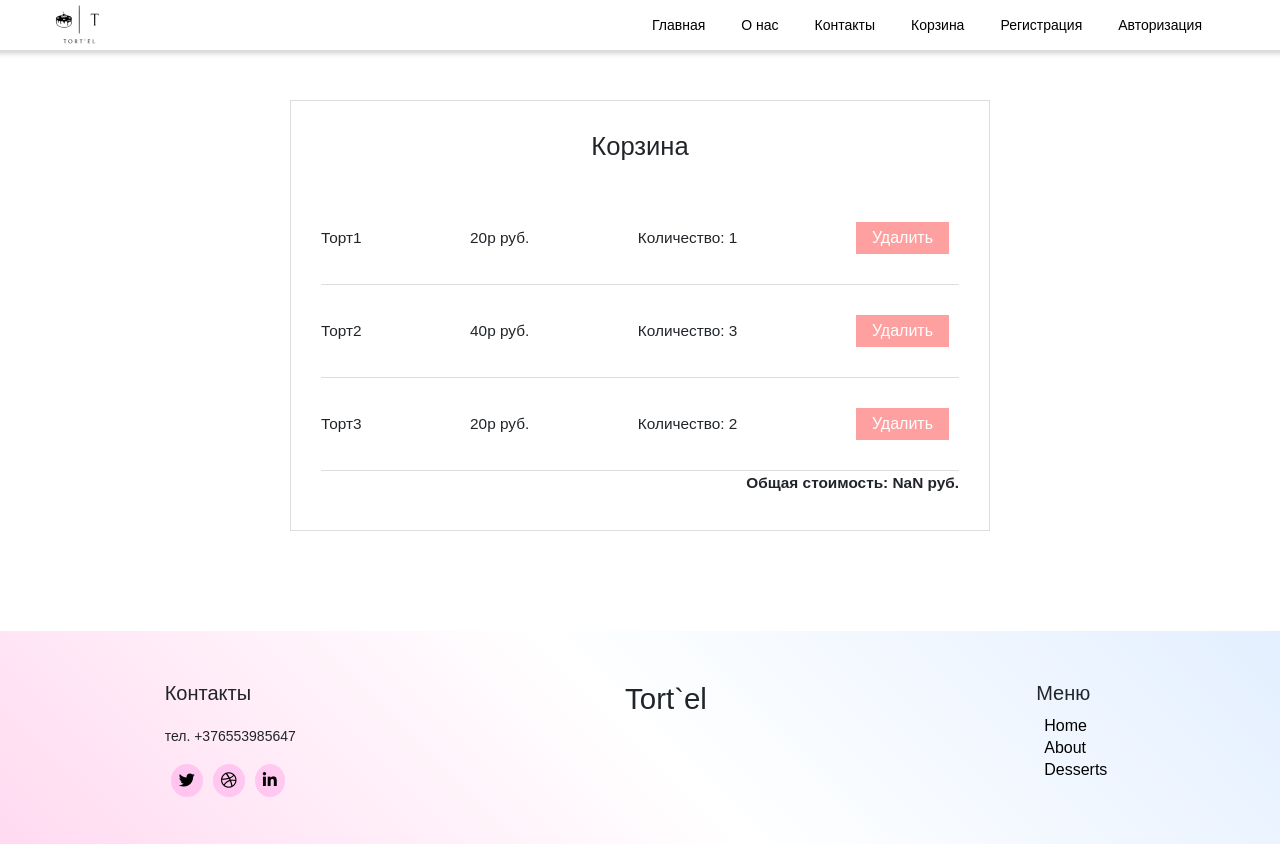
Repository: KseniaEryze/DiplomToday
Page: /basket
An editor plug-in stored every save of this project. The page is shown before and after the next save, followed by the edit.
The browser window is 1280 px wide. The pictures show the whole page.
The page's requests for data from a server got no answer. The project was rebuilt for these pictures with package versions that can differ from the ones it lists, and the page was loaded fresh each time. No one was signed in, and anything a server would have sent is missing. Also part of the build but not shown: src/App.css, src/components/Slider/Slider.jsx, src/pages/About/about.css, src/components/Galery/main.css, src/components/Galery/Gallery.jsx, src/pages/About/About.jsx, src/components/Categories/categories.css, src/components/Categories/Categories.jsx and 21 more.

Above is the page before, as saved 2024-09-10 15:50:59.

### public/index.html
<!DOCTYPE html>
<html lang="en">
  <head>
    <meta charset="utf-8" />
    <link rel="stylesheet" href="https://stackpath.bootstrapcdn.com/bootstrap/4.1.3/css/bootstrap.min.css" integrity="sha384-MCw98/SFnGE8fJT3GXwEOngsV7Zt27NXFoaoApmYm81iuXoPkFOJwJ8ERdknLPMO" crossorigin="anonymous">
    <link rel="stylesheet" href="https://cdnjs.cloudflare.com/ajax/libs/font-awesome/5.15.1/css/all.min.css" integrity="sha512-+4zCK9k+qNFUR5X+cKL9EIR+ZOhtIloNl9GIKS57V1MyNsYpYcUrUeQc9vNfzsWfV28IaLL3i96P9sdNyeRssA==" crossorigin="anonymous" />

    <link rel="icon" href="%PUBLIC_URL%/favicon.ico" />
    <meta name="viewport" content="width=device-width, initial-scale=1" />
    <meta name="theme-color" content="#000000" />
    <meta
      name="description"
      content="Web site created using create-react-app"
    />
    <link rel="apple-touch-icon" href="%PUBLIC_URL%/logo192.png" />
    <!--
      manifest.json provides metadata used when your web app is installed on a
      user's mobile device or desktop. See https://developers.google.com/web/fundamentals/web-app-manifest/
    -->
    <link rel="manifest" href="%PUBLIC_URL%/manifest.json" />
    <!--
      Notice the use of %PUBLIC_URL% in the tags above.
      It will be replaced with the URL of the `public` folder during the build.
      Only files inside the `public` folder can be referenced from the HTML.

      Unlike "/favicon.ico" or "favicon.ico", "%PUBLIC_URL%/favicon.ico" will
      work correctly both with client-side routing and a non-root public URL.
      Learn how to configure a non-root public URL by running `npm run build`.
    -->
    <title>React App</title>
  </head>
  <body>
    <noscript>You need to enable JavaScript to run this app.</noscript>
    <div id="root"></div>
    <!--
      This HTML file is a template.
      If you open it directly in the browser, you will see an empty page.

      You can add webfonts, meta tags, or analytics to this file.
      The build step will place the bundled scripts into the <body> tag.

      To begin the development, run `npm start` or `yarn start`.
      To create a production bundle, use `npm run build` or `yarn build`.
    -->
  </body>
</html>

### src/index.js
import React from 'react';
import ReactDOM from 'react-dom/client';
import './index.css';
import App from './App';
import {BrowserRouter, BrowserRouter as Router} from 'react-router-dom'
import { Provider } from 'react-redux';
import {store}  from 'store';
import './firebase';
import Footer from 'Footer/Footer';




const root = ReactDOM.createRoot(document.getElementById('root'));
root.render(
  <React.StrictMode>
   <BrowserRouter>
    <Provider store = {store}>

          <App />
          <Footer></Footer>

    </Provider>
   </BrowserRouter>
</React.StrictMode>


);

### src/index.css

html, body, div, span, applet, object, iframe,
h1, h2, h3, h4, h5, h6, blockquote, pre,
a, abbr, acronym, address, big, cite, code,
del, dfn, em, img, ins, kbd, q, s, samp,
small, strike, strong, sub, sup, tt, var,
b, u, i, center,
dl, dt, dd, ol, ul, li,
fieldset, form, label, legend,
table, caption, tbody, tfoot, thead, tr, th, td,
article, aside, canvas, details, embed,
figure, figcaption, header, hgroup,
menu, nav, output, ruby, summary,
time, mark, audio, video {
	margin: 0;
	padding: 0;
	border: 0;
	/* font-size: 100%;
	font: inherit; */
	vertical-align: baseline;
}
article, aside, details, figcaption, figure,
footer, header, hgroup, menu, nav, section {
	display: block;
}
html {
	height: 100%;
}
body {
	line-height: 1;
}
ol, ul {
	list-style: none;
}
blockquote, q {
	quotes: none;
}
blockquote:before, blockquote:after,
q:before, q:after {
	content: '';
	content: none;
}
table {
	border-collapse: collapse;
	border-spacing: 0;
}
body {
  margin: 0;
  font-family: -apple-system, BlinkMacSystemFont, 'Segoe UI', 'Roboto', 'Oxygen',
    'Ubuntu', 'Cantarell', 'Fira Sans', 'Droid Sans', 'Helvetica Neue',
    sans-serif;
  -webkit-font-smoothing: antialiased;
  -moz-osx-font-smoothing: grayscale;
}

code {
  font-family: source-code-pro, Menlo, Monaco, Consolas, 'Courier New',
    monospace;
}

h1{
  padding: 20px 0;
  font-size: 4vw;
}
h2 ,h3 ,h4{
  padding: 10px 0;
  font-size: 2vw;
}
h3{
    font-size: 2.3vw;
}
h4{
    font-size:20px
}
p{
	font-size: 1.2vw;
	line-height: 1.8vw;

}

button a{
	color: aliceblue;
}

*{
	font-family: "Philosopher", sans-serif;
	font-weight: 400;
	font-style: normal;
}

.pagination-container {
    margin: 3vw 3vw;
}

section{}
@import url('https://fonts.googleapis.com/css2?family=Philosopher:ital,wght@0,400;0,700;1,400;1,700&display=swap');

@media(max-width: 500px) {
	h1{
        font-size: 7vw;
    }
}

@media(max-width: 900px) {
	h1{
        font-size: 5vw;
    }
}

### src/App.js
import { Route, Routes} from 'react-router-dom';
import './App.css';
import About from './pages/About/About';
import Header from './Header/Header.jsx'
import Home from './pages/Home/Home';
import Registracion from './components/Authorization/Registracion';
import LoginPage from './components/Authorization/LoginPage';
import AdminMain from 'Admin/page/AdminMain';
import Contact from 'pages/Contact/Contact';
import Footer from 'Footer/Footer';
import Basket from 'pages/Basket/Basket';

function App() {
  return (
     <>
        <Header></Header>
          <Routes>
            <Route path = '/login' element = {<LoginPage/>}></Route>
            <Route path = '/register' element = {<Registracion/>}></Route>
            <Route path = '/contacts' element = {<Contact/>}></Route>
            <Route path = '/basket' element = {<Basket></Basket>}></Route>


            <Route path='/' element={<Home/>}></Route>
            <Route path = '/admin' element = {<AdminMain/>}></Route>
            <Route path='/about' element={<About/>}></Route>

            <Route path = '*' element = {<div>404 Not Found</div>}></Route>

          </Routes>


      </>


  );
}

export default App;

### src/store/index.js
import { configureStore } from "@reduxjs/toolkit";
import userReducer from '../store/slices/userSlice'
import cakeReducer from '../store/slices/cakeSlice'


export const store = configureStore({
    reducer: {
        user: userReducer,
        cake: cakeReducer
    }
});

### src/firebase.js
import {initializeApp} from 'firebase/app'

const firebaseConfig = {
    apiKey: process.env.REACT_APP_FIREBASE_API_KEY,
    authDomain: process.env.REACT_APP_FIREBASE_AUTH_DOMAIN,
    projectId: process.env.REACT_APP_FIREBASE_PROJECT_ID,
    storageBucket: process.env.REACT_APP_FIREBASE_STORAGE_BUSCKET,
    messagingSenderId: process.env.REACT_APP_FIREBASE_MESSAGING_SENGER_ID,
    appId: process.env.REACT_APP_FIREBASE_APP_ID
}

const app = initializeApp(firebaseConfig)

### src/Footer/Footer.jsx
import React from 'react'
import { Link } from 'react-router-dom'
import './footer.css'

function Footer() {
  return (

    <footer>
      <div className='footer'>
      <div> <h4>Контакты</h4>
        <div>
          <p>тел.   +376553985647</p>

          <ul class="social-icons">
            <li><a class="twitter" href="#"><i class="fab fa-twitter"></i></a></li>
            <li><a class="dribbble" href="#"><i class="fab fa-dribbble"></i></a></li>
            <li><a class="linkedin" href="#"><i class="fab fa-linkedin-in"></i></a></li>
          </ul>
        </div>
      </div>


      <div>
        <h3>Tort`el</h3>
      </div>
      <div>
        <h4>Меню</h4>
        <ul>
             <li>
                 <Link to="/">Home</Link>
             </li>
             <li>
               <Link to="/about">About</Link>
             </li>
             <li>
                 <Link to="/desserts">Desserts</Link>
             </li>

         </ul>

      </div>
       </div>
    </footer>

  )
}

export default Footer

### src/Header/Header.jsx
import React, { useState } from 'react'
import { Link } from 'react-router-dom'
import logo from './img/logoBlack.png'
import './header.css'
import menu from './img/hamburger.png'

function Header() {
  const [accountAuth, setAccountAuth] = useState(false)
  const [isOpen, setIsOpen] = useState()
  return (
    <div className='header'>

      <div className='logo'>
          <Link to="/"><img src={logo}/></Link>
      </div>

      <nav className={`header_nav ${isOpen ? `active` : ``}`}>
          <ul className='header_nav-list'>
             <li className='header_nav-item'>
                 <Link to="/">Главная</Link>
             </li>

             <li className='header_nav-item'>
               <Link to="/about">О нас</Link>
             </li>

             <li className='header_nav-item'>
               <Link to="/contacts">Контакты</Link>
             </li>
             <li className='header_nav-item'>
               <Link to="/basket">Корзина</Link>
             </li>
              <li className='header_nav-item wrapper-login'>
                <Link to="/register" accountAuth={accountAuth}>Регистрация</Link>
              </li>
              <li className='header_nav-item'>
                <Link to="/login"> Авторизация </Link>
              </li>
            </ul>
         </nav>
         <button className='header_menu-button' onClick={() => setIsOpen(!isOpen)}></button>
     </div>
   )
 }

 export default Header

### src/pages/Basket/Basket.jsx
import React from 'react';
import './main.css'

const Basket = ({  popap, handleRemoveItem }) => {

    const cartItems = [
        {id:1, name:'Торт1', price:'20р', quantity: 1},
        {id:2, name:'Торт2', price:'40р', quantity: 3},
        {id:3, name:'Торт3', price:'20р', quantity: 2}
    ]
      return (
        <div className="cart">
          <h2>Корзина</h2>
          {cartItems.map(item => (
            <div key={item.id} className="cart-item">
              <p>{item.name}</p>
              <p>{item.price} руб.</p>
              <p>Количество: {item.quantity}</p>
              <button onClick={() => handleRemoveItem(item.id)}>Удалить</button>
            </div>
          ))}
          <p className="total-price">Общая стоимость: {cartItems.reduce((acc, item) => acc + item.price * item.quantity, 0)} руб.</p>
        </div>
      );
    };

    export default Basket;

### src/store/slices/userSlice.js
import {createSlice} from '@reduxjs/toolkit'

const initialState = {
    name:null,
    email:null,
    token: null,
    id: null
}

const userSlice = createSlice({
    name:'user',
    initialState,
    reducers:{
        setUser(state, action){
            state.name = action.payload.name;
            state.email = action.payload.email;
            state.token = action.payload.token;
            state.id = action.payload.id;
        },
        removeUser(state){
            state.name =null;
            state.email =null;
            state.token = null;
            state.id = null;
        }

    }

})

export const {setUser,removeUser} = userSlice.actions;

export default userSlice.reducer;

### src/store/slices/cakeSlice.js
import {createSlice} from '@reduxjs/toolkit'

const initialState = {
    name:null,
    desctiprion: null,
    cost: null,
    category: null,
    image: null,
    id: null
}

const cakeSlice = createSlice({
    name:'cake',
    initialState,
    reducers:{
        setCake(state, action){
            state.name = action.payload.name;
            state.desctiprion = action.payload.desctiprion;
            state.cost = action.payload.cost;
            state.category = action.payload.category;
            state.image = action.payload.image;
            state.id = action.payload.id;
        }

    }

})
console.log(cakeSlice.actions)

export const {setCake} = cakeSlice.actions;

export default cakeSlice.reducer;

### src/Footer/footer.css
li{
    padding: 3px 0px;
}
.social-icons {
    text-align: right;
    display: flex;
    justify-content: flex-start;
    align-items: center;
    }
 .social-icons a {
    width: 40px;
    height: 40px;
    line-height: 40px;
    margin-right: 10px;
    border-radius: 100%;
    background-color: #ff5ed73d;

    }

    .social-icons:nth-child(n + 2){
        margin-left: 6px;
    }

    footer p {
        margin: 10px 0 ;
        font-size: 14px;
    }
    footer{
        padding: 20px 0;
    }

### src/components/Slider/main.css
.wrapper-slide{
    display: flex;
    justify-content: center;
    flex-direction: column;
    align-items: center;

    padding: 30px;
}
button{
    padding: 0%;
    margin: 0;
}

.react-slideshow-container .default-nav:last-of-type {
    margin-left: -30px;
    background: rgb(0, 0, 0);
}

.wrapper-slide p{
    margin: 8px;
    padding: 0px;
}
.slide-imade{
    width: 80px;
    height: 80px;
    border-radius: 100%;
}

.react-slideshow-container .default-nav:last-of-type {
    margin-left: -30px;

    /* background: url(./img/icons8-стрелка-100\ \(2\).png) no-repeat; */
}

.react-slideshow-container .default-nav:first-of-type {

    /* background: url(./img/icons8-стрелка-100\ \(3\).png)no-repeat; */
}
/* .react-slideshow-container {
    background-color: black;
    color: aliceblue;
} */
.slide-container button{

    padding: 0px 0px;
    margin-right: 10px;
    margin-top: 30px;
}

### src/Header/header.css

.header{
    position: fixed;
    left: 0;
    top: 0;
    display: flex;
    align-items: center;
    width: 100%;
    padding: 0px 20px;
    height: 50px;
    background-color: white;
    box-shadow: 0 0 4px 4px rgba(136, 136, 136, 0.322);
    z-index: 1;
    color: black;
}

.header_nav{
    margin-left: auto;
    margin-right: 50px;
}

.header_nav-list{
    display: flex;
    list-style: none;
}

.header_nav-item{
    font-size: 14px;
    line-height: 1;
    color: black;
}

.header_nav-item:nth-child(n + 2){
    margin-left: 20px;
}

.header_menu-button{
    display: none;
}

@media(max-width: 576px){
.header_nav.active{
        transform: translateX(225px);
    }

    .header_nav{
        position: fixed;
        top: 0;
        left: -225px;
        display: flex;
        flex-direction: column;
        width:225px;
        height: 100%;
        background-color: white;
        border-radius: 16px 0 16px 0;
        transition-timing-function: linear;
    };

    .header_nav-list{
        display: flex;
        list-style: none;
    }

    .header_nav-list{
        flex: 1;
        display: flex;
        flex-direction: column;
        padding-top: 40px;
        padding-left: 60px;
    }

    .header_nav-item{
        margin: 10px 0px;
    }
    .header_nav-item:nth-child(n + 2){
        margin-left: 0;
    }

    .header_menu-button{
        display: block;
        margin: 0 11vw 0 auto;
        width: 24px;
        height: 24px;
        background-image: url(./img/hamburger.png);
        padding: 0;
        border: 0;
    }

}

### src/pages/Home/main.css
.footer{
    width: 100%;
    display: flex;
    justify-content: space-around;
    align-items: start;
    margin: 0;
    padding: 20px 0;
}
section{
    padding-top: 100px;
}
section, footer{
    background: -webkit-linear-gradient(45deg, rgb(255, 218, 241), rgb(255, 255, 255), rgb(227, 239, 255));
    background: -moz-linear-gradient(45deg, rgb(255, 218, 241), rgb(255, 255, 255), rgb(227, 239, 255));
    background: linear-gradient(45deg, rgb(255, 218, 241), rgb(255, 255, 255), rgb(227, 239, 255));



}
button{
    border: none;
    background-color: #362361cc;
    /* #928d3c */
    color: white;
    padding: 15px 30px;
    margin-right: 10px;

}
.block_header{
    background: url('./img/tort-muss-iagody-malina-rozy-desert.jpg') no-repeat;
    background-size: cover;
    height: 600px;
    padding-top: 0;

    display: flex;
    justify-content: start;
    align-items: center;
}

.block_header-info{
    margin-left: 200px;

}



.category{
    display: flex;
    justify-content: center;
    align-items: center;
    flex-direction: column;

}

.category_list{
    display: flex;
    justify-content: center;

    margin: 0 100px;

}




.advantages{
    display: flex;
    justify-content: center;
    align-items: center;


    background: -webkit-linear-gradient(45deg, rgb(255, 218, 241), rgb(255, 255, 255),rgb(255, 218, 241) rgb(227, 239, 255));
    background: -moz-linear-gradient(45deg, rgb(255, 218, 241), rgb(255, 255, 255), rgb(227, 239, 255));
    background: linear-gradient(120deg, rgb(255, 218, 241), rgb(255, 255, 255), rgb(227, 239, 255));

}
.advantages .order{
    background: url('./img/Без\ имени-1.png') no-repeat;
    background-size: cover;
    width: 380px;
    height: 415px;

}
.advantages p{
     word-wrap:break-word
}
.order{

    color: black;
    display: flex;
    justify-content: center;
    align-items: center;
    flex-direction: column;
    margin-left: 100px;
}

.description-list_point{
    display: flex;

    align-items: center;
}
.description-list_point img{
    margin-right: 25px;
    width: 50PX;
}



.tabs_wrapper{
    display: flex;
    justify-content: center;
    align-items: center;
    width: 100%;
}



.footerLogo{
    width: 200px;
}


.block_header-info{
    color: rgb(41, 41, 41);
}
@media (max-width: 800px) {
.calculation{
    display:none;
    visibility: hidden;
}
.wrapper-home{
    width: 100vw;
}
.menu{
    display: none;
}
}

@media(max-width: 500px){
    .block_header-info{
        margin-left: 15vw;
    }
   .block_header{
        height: 400px;
   }
}

### src/components/Authorization/main.css
.wrapper-center, .authorization-form {
    display: flex;
    justify-content: center;
    flex-direction: column;
}
.wrapper-center{
    padding-top: 100px;
    align-items: center;
    width: 100%;
    padding-bottom: 100px;
}
.authorization-form {
   width: 35vw;
}
input{

    padding: 2vh 3vw;
    margin: 5px;
}
button{
	margin: 20px 10px;
    padding: 1vh 2vw;
}

### src/Admin/page/adminMain.css
header,
main {
  padding-left: 240px;
}

body {
  background: white;
}

@media only screen and (max-width: 992px) {
  header,
  main,
  footer {
    padding-left: 0;
  }
}
a{
    text-decoration: none;
}

#credits li,
#credits li a {
  color: white;
}

#credits li a {
  font-weight: bold;
}

.footer-copyright .container,
.footer-copyright .container a {
  color: #BCC2E2;
}

.fab-tip {
  position: fixed;
  right: 85px;
  padding: 0px 0.5rem;
  text-align: right;
  background-color: #323232;
  border-radius: 2px;
  color: #FFF;
  width: auto;
}


.main {
  height: 400px;
  padding: 10px;
}

.dropdown_button {
  border: none;
  cursor: pointer;
  width: 200px;
  font-family: montserrat;
  border: 1px solid #ffffff;
}

.courses {
  display: none;
  position: absolute;
  background-color: #f1f1f1;
  min-width: 200px;
  box-shadow: 0px 8px 16px 0px rgba(0, 0, 0, 0.2);
  z-index: 1;
}

.courses li {

  text-decoration: none;
  display: block;
  list-style: none;
  background-color: rgb(47, 47, 47);
  font-family: montserrat;
  border: 1px solid white;
}

.courses li a {
  text-decoration: none;
  color: white;
  display: block;
  padding: 5px;
}

.courses li:hover {
  background-color: #0979ad;
  color: white;
}

.admin-form{
  display: flex;
  justify-content: center;
  flex-direction: column;
  align-items: center;
  margin-top: 80px;
}

.admin-text_item{
  width: 300px;
  display: flex;
  justify-content: space-around;
  align-items: center;
  margin: 10px;
}

.admin-text_item input,label{
  width: 80px;
  margin: 5px;
}
.wrapper-adminPage{
  display: flex;
  margin: 20px;
  border: 1px solid rgba(0, 0, 0, 0.158);
  padding-right: 50px;

  border-radius: 30px ;
}


.wrapper-adnin_categorisMenu{
  display: flex;
  justify-content: space-between ;
}

### src/pages/Basket/main.css
.cart {
    /* Стили для контейнера корзины */
    width: 700px;
    margin: 100px auto;
    border: 1px solid #ddd;
    padding: 20px 30px;
  }

  .cart h2 {
    /* Стили для заголовка корзины */
    text-align: center;
    margin-bottom: 20px;
  }

  .cart-item {
    /* Стили для каждого элемента корзины */
    border-bottom: 1px solid #ddd;
    padding: 10px 0;
    display: flex;
    justify-content: space-between;
    align-items: center;
  }

  .cart-item p {
    /* Стили для информации об элементе корзины */
    margin: 0;
  }

  .cart-item button {
    /* Стили для кнопки удаления */
    background-color: #ff7f7fbd; /* Красный цвет */
    color: white;
    padding: 8px 16px;
    border: none;
    cursor: pointer;
  }

  .cart-item button:hover {
    /* Стили при наведении курсора на кнопку */
    background-color: #d32f2f; /* Более темный красный */
  }

  .total-price {
    /* Стили для общей стоимости */
    text-align: right;
    font-weight: bold;
  }

### src/Admin/page/AdminHeader/header.css

.menu{
    display: flex;
    justify-content: space-around;
    align-items: center;
}

.menu li,a{
    list-style: none;
    text-decoration: none;
    padding: 8px;
    color: rgb(0, 0, 0);
}

.admin-wrapper_menu{
    margin-right: 100px;
    background-color: #36236156;
    color: rgb(41, 41, 41);
    border-radius: 30px 0px 0px 30px;
    padding: 30px;
    width: 12vw;
}
/* .admin-wrapper_menu li{
    border: 1px solid black;
} */

.wrapper-content{
    padding: 70px;
}

After the next save:
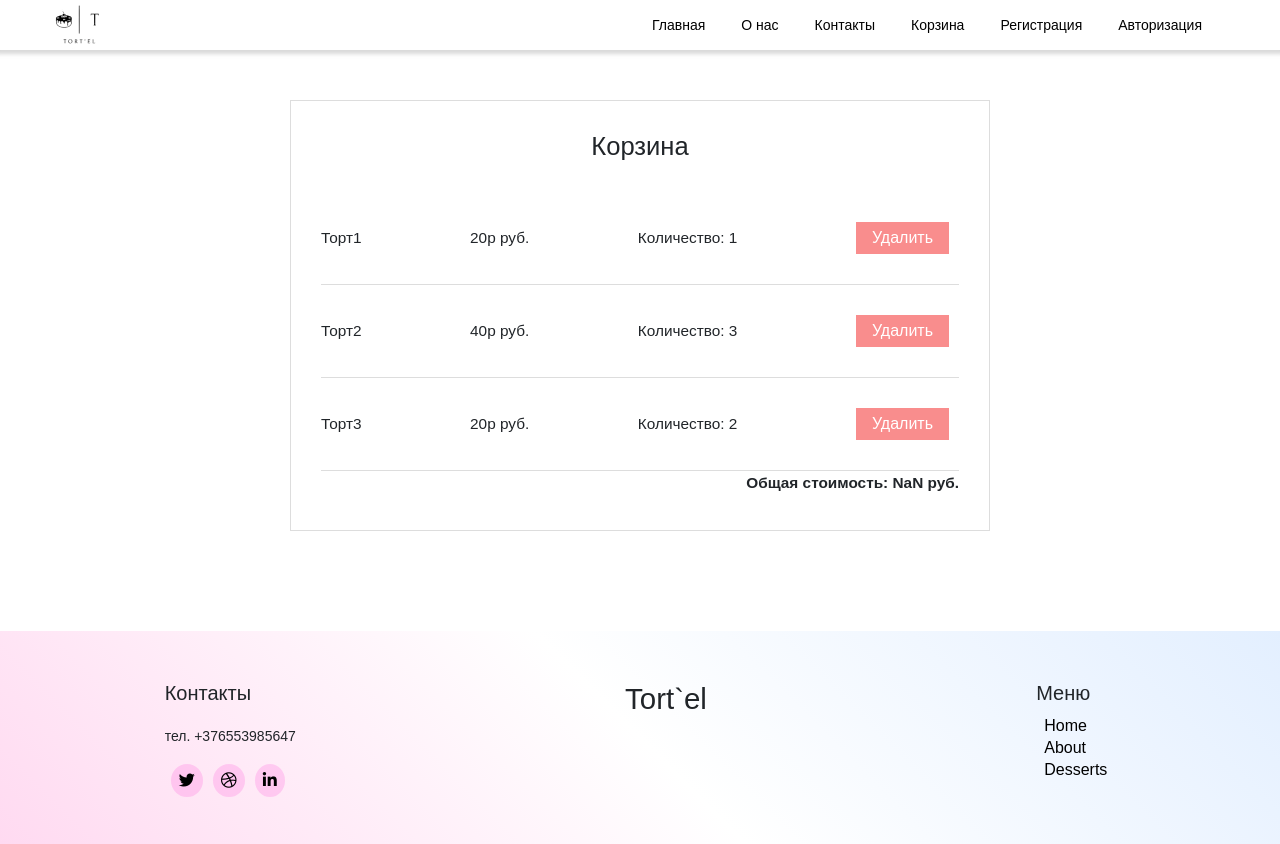
Saved 7 s later.
--- a/src/pages/Basket/main.css
+++ b/src/pages/Basket/main.css
@@ -28,7 +28,7 @@
 
   .cart-item button {
     /* Стили для кнопки удаления */
-    background-color: #ff7f7fbd; /* Красный цвет */
+    background-color: #f76666bd; /* Красный цвет */
     color: white;
     padding: 8px 16px;
     border: none;
